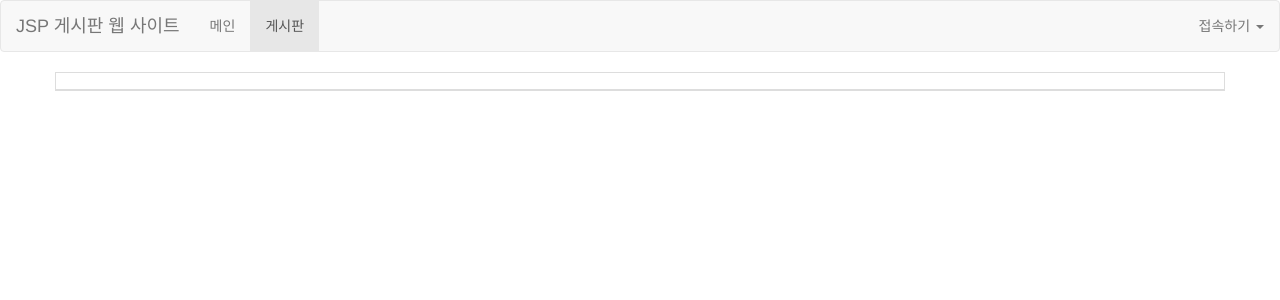
Repository: TheChok/BbsClone
Page: http://localhost/BBS/bbs.jsp
These files come from the project's save history. The page is drawn as it stood at one moment and after the next save; the edit follows.
The browser window is 1280 px wide. The pictures show the whole page.
Some web libraries are served in a nearby version. The page is served by Tomcat 9. Other server files are loaded and not shown.

Above is the page before, as saved 2023-09-21 11:48:25.

### BBS/src/main/webapp/bbs.jsp
<%@ page language="java" contentType="text/html; charset=UTF-8" pageEncoding="UTF-8" %>
<%@ page import="java.io.PrintWriter" %>
<!DOCTYPE html>
<html>
<head>
	<meta http-equiv="Content-Type" content="text/html; charset=UTF-8">
	<meta name="viewport" content="width=device-width", initial-scale="1">
	<link rel="stylesheet" href="css/bootstrap.css">
	<title>JSP 게시판 웹 사이트</title>
</head>
<body>
	<%
		String userID = null;
		if(session.getAttribute("userID") != null) {
			userID = (String) session.getAttribute("userID");
		}
	%>
	<!-- navbar -->
	<nav class="navbar navbar-default">
		<div class="navbar-header">
			<button type="button" class="navbar-toggle"
				data-toggle="collapse" data-target="#bs-example-navbar-collapse-1"
				aria-expanded="false">
				<span class="icon-bar"></span>
				<span class="icon-bar"></span>
				<span class="icon-bar"></span>
			</button>
			<a class="navbar-brand" href="main.jsp">JSP 게시판 웹 사이트</a>
		</div>

		<div class="collapse navbar-collapse" id="bs-example-navbar-collapse-1">
			<ul class="nav navbar-nav">
				<li><a href="main.jsp">메인</a></li>
				<li class='active'><a href="bbs.jsp">게시판</a></li>
			</ul>

			<%
				if(userID == null) {
			%>
				<ul class="nav navbar-nav navbar-right">
					<li class="dropdown">
						<a href="#" class="dropdown-toggle"
							data-toggle="dropdown" role="button" aria-haspopup="true"
							aria-expanded="false">
							접속하기
							<span class="caret"></span>
						</a>
						<ul class="dropdown-menu">
							<li><a href="login.jsp">로그인</a></li>
							<li><a href="join.jsp">회원가입</a></li>
						</ul>
					</li>
				</ul>
			<%
				} else {
			%>
				<ul class="nav navbar-nav navbar-right">
					<li class="dropdown">
						<a href="#" class="dropdown-toggle"
							data-toggle="dropdown" role="button" aria-haspopup="true"
							aria-expanded="false">
							회원관리
							<span class="caret"></span>
						</a>
						<ul class="dropdown-menu">
							<li><a href="logoutAction.jsp">로그아웃</a></li>
						</ul>
					</li>
				</ul>
			<%
				}
			%>
		</div>
	</nav>
	<!-- End - navbar -->

	<div class="container">
		<div class="row">
			<table class="table table-striped" style="textalign:center; border:1px solid #dddddd">
				<thead>
					<tr>
						<th>

						</th>
					</tr>
				</thead>
			</table>
		</div>
	</div>



	<script src="https://code.jquery.com/jquery-3.1.1.min.js"></script>
	<script src="js/bootstrap.js"></script>
</body>
</html>

Loaded but not shown: BBS/src/main/webapp/css/bootstrap.css (library); BBS/src/main/webapp/js/bootstrap.js (library)

After the next save:
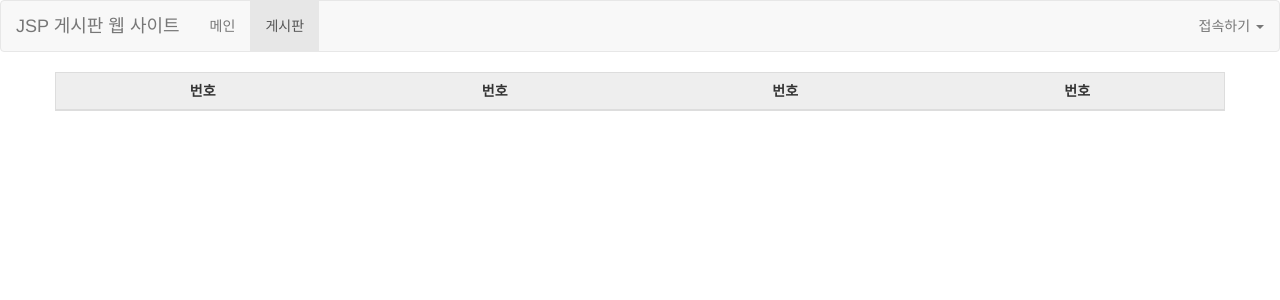
Saved 68 s later.
--- a/BBS/src/main/webapp/bbs.jsp
+++ b/BBS/src/main/webapp/bbs.jsp
@@ -76,12 +76,13 @@
 
 	<div class="container">
 		<div class="row">
-			<table class="table table-striped" style="textalign:center; border:1px solid #dddddd">
+			<table class="table table-striped" style="text-align:center; border:1px solid #dddddd">
 				<thead>
 					<tr>
-						<th>
-
-						</th>
+						<th style="background-color:#eeeeee; text-align:center;">번호</th>
+						<th style="background-color:#eeeeee; text-align:center;">번호</th>
+						<th style="background-color:#eeeeee; text-align:center;">번호</th>
+						<th style="background-color:#eeeeee; text-align:center;">번호</th>
 					</tr>
 				</thead>
 			</table>
